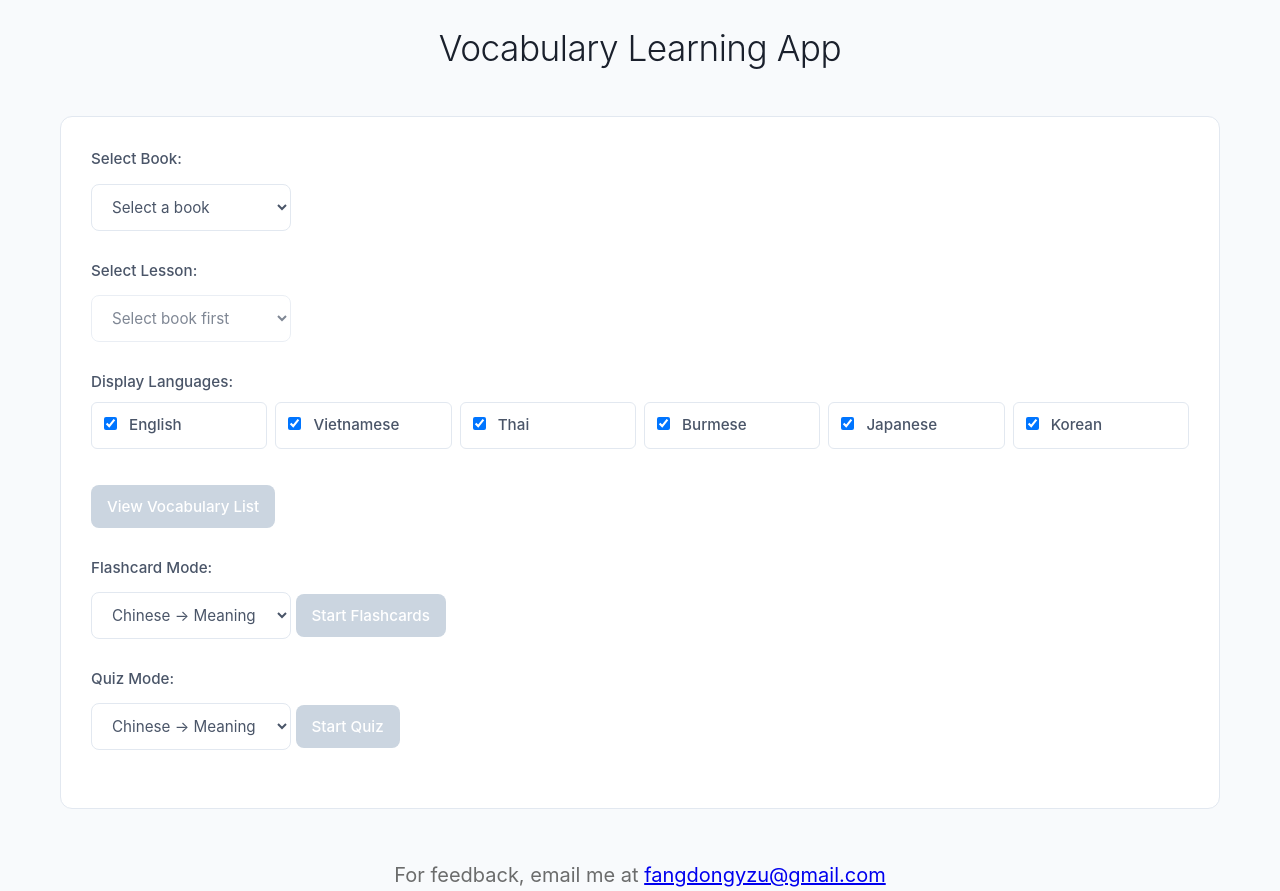
Repository: fangdongyzu/dangdaiflashcards
Page: index.html
An editor plug-in stored every save of this project. The page is shown before and after the next save, followed by the edit.
The browser window is 1280 px wide. The pictures show the whole page.

Above is the page before, as saved 2025-11-28 10:05:34.

### index.html
<!DOCTYPE html>
<html lang="en">
<head>
    <meta charset="UTF-8">
    <meta name="viewport" content="width=device-width, initial-scale=1.0">
    <title>Dang Dai Vocabulary Learning App</title>
    <link rel="stylesheet" href="style.css">
</head>
<body>
    <div class="container">
        <header>
            <h1>Vocabulary Learning App</h1>
        </header>

        <div id="control-panel">
            <!-- Book and Lesson Selection -->
            <div class="control-group">
                <label for="book-select">Select Book:</label>
                <select id="book-select">
                    <option value="">Select a book</option>
                    <option value="B1">Book 1</option>
                    <option value="B2">Book 2</option>
                    <option value="B3">Book 3</option>
                    <option value="B4">Book 4</option>
                    <option value="B5">Book 5</option>
                    <option value="B6">Book 6</option>
                </select>
            </div>

            <div class="control-group">
                <label for="lesson-select">Select Lesson:</label>
                <select id="lesson-select" disabled>
                    <option value="">Select book first</option>
                </select>
            </div>

            <!-- Language Selection -->
            <div class="control-group">
                <label>Display Languages:</label>
                <div class="language-selection">
                    <label class="checkbox-label">
                        <input type="checkbox" name="language" value="english" checked> English
                    </label>
                    <label class="checkbox-label">
                        <input type="checkbox" name="language" value="vietnamese" checked> Vietnamese
                    </label>
                    <label class="checkbox-label">
                        <input type="checkbox" name="language" value="thai" checked> Thai
                    </label>
                    <label class="checkbox-label">
                        <input type="checkbox" name="language" value="burmese" checked> Burmese
                    </label>
                    <label class="checkbox-label">
                        <input type="checkbox" name="language" value="japanese" checked> Japanese
                    </label>
                    <label class="checkbox-label">
                        <input type="checkbox" name="language" value="korean" checked> Korean
                    </label>
                </div>
            </div>

            <!-- Study Controls -->
            <div class="control-group">
                <button id="view-list-btn" disabled>View Vocabulary List</button>
            </div>

            <div class="control-group">
                <label for="flashcard-mode">Flashcard Mode:</label>
                <select id="flashcard-mode">
                    <option value="chinese-meaning">Chinese → Meaning</option>
                    <option value="meaning-chinese">Meaning → Chinese</option>
                    <option value="pinyin-chinese">Pinyin → Chinese</option>
                </select>
                <button id="start-flashcards-btn" disabled>Start Flashcards</button>
            </div>

            <div class="control-group">
                <label for="quiz-mode">Quiz Mode:</label>
                <select id="quiz-mode">
                    <option value="chinese-meaning">Chinese → Meaning</option>
                    <option value="meaning-chinese">Meaning → Chinese</option>
                    <option value="chinese-pinyin">Chinese → Pinyin</option>
                    <option value="pinyin-chinese">Pinyin → Chinese</option>
                </select>
                <button id="start-quiz-btn" disabled>Start Quiz</button>
            </div>
        </div>

        <!-- Study Area -->
        <div id="study-area" class="hidden">
            <!-- Vocabulary List View -->
            <div id="list-view" class="hidden">
                <div class="study-header">
                    <h2>Vocabulary List - Lesson <span id="current-lesson-display"></span></h2>
                    <button class="exit-btn">← Back to Controls</button>
                </div>
                <div class="table-container">
                    <table id="vocab-table">
                        <thead>
                            <tr>
                                <th>Chinese</th>
                                <th>Pinyin</th>
                                <th>Translations</th>
                            </tr>
                        </thead>
                        <tbody id="vocab-table-body"></tbody>
                    </table>
                </div>
            </div>

            <!-- Flashcard View -->
            <div id="flashcard-view" class="hidden">
                <div class="study-header">
                    <h2>Flashcards - Lesson <span id="fc-lesson-display"></span></h2>
                    <button class="exit-btn">← Back to Controls</button>
                </div>

                <div class="flashcard-container">
                    <div class="progress-bar">
                        <div id="flashcard-progress" class="progress-fill"></div>
                    </div>
                    <div class="progress-text" id="fc-progress">0/0</div>

                    <div id="flashcard" class="flashcard">
                        <div class="card-face card-front">
                            <div id="card-front-content"></div>
                        </div>
                        <div class="card-face card-back">
                            <div id="card-back-content"></div>
                        </div>
                    </div>

                    <div class="flashcard-controls">
                        <button id="prev-btn">Previous</button>
                        <button id="next-btn">Next</button>
                    </div>
                </div>
            </div>

            <!-- Quiz View -->
            <div id="quiz-view" class="hidden">
                <div class="study-header">
                    <h2>Quiz - Lesson <span id="quiz-lesson-display"></span></h2>
                    <button class="exit-btn">← Back to Controls</button>
                </div>

                <div class="quiz-container">
                    <div class="quiz-progress">
                        <div class="progress-bar">
                            <div id="quiz-progress" class="progress-fill"></div>
                        </div>
                    </div>

                    <div class="quiz-stats">
                        <div class="score">Score: <span id="quiz-score">0</span></div>
                    </div>

                    <div class="question-area">
                        <div id="quiz-question" class="question"></div>
                    </div>

                    <div id="quiz-options" class="options-grid"></div>

                    <div id="quiz-feedback" class="feedback"></div>

                    <button id="next-question-btn" class="hidden">Next Question</button>

                    <div id="quiz-result" class="result hidden">
                        <h3>Quiz Complete!</h3>
                        <div id="final-score" class="final-score"></div>
                        <button id="retry-quiz-btn">Try Again</button>
                    </div>
                </div>
            </div>
        </div>
    </div>

    <script src="script.js"></script>
</body>
<footer style="text-align: center; color: rgb(107, 108, 108);font-size: 1.25em;">
    For feedback, email me at <a href="mailto:fangdongyzu@gmail.com">fangdongyzu@gmail.com</a>
</footer>
</html>

### style.css
* {
    margin: 0;
    padding: 0;
    box-sizing: border-box;
}

body {
    font-family: -apple-system, BlinkMacSystemFont, 'Segoe UI', Roboto, Oxygen, Ubuntu, Cantarell, sans-serif;
    line-height: 1.6;
    color: #2d3748;
    background: #f8fafc;
    min-height: 100vh;
}

.container {
    max-width: 1200px;
    margin: 0 auto;
    padding: 20px;
}

header {
    text-align: center;
    margin-bottom: 40px;
}

header h1 {
    color: #1a202c;
    font-size: 2.2rem;
    font-weight: 300;
    letter-spacing: -0.5px;
}

/* Control Panel */
#control-panel {
    background: white;
    border-radius: 12px;
    padding: 30px;
    margin-bottom: 30px;
    border: 1px solid #e2e8f0;
}

.control-group {
    margin-bottom: 24px;
}

.control-group label {
    display: block;
    margin-bottom: 8px;
    font-weight: 500;
    color: #4a5568;
    font-size: 0.95rem;
}

select, button {
    padding: 12px 16px;
    border: 1px solid #e2e8f0;
    border-radius: 8px;
    font-size: 0.95rem;
    margin: 4px 0;
    transition: all 0.2s ease;
    font-family: inherit;
}

select {
    background: white;
    min-width: 200px;
    color: #4a5568;
}

button {
    background: #4f46e5;
    color: white;
    border: none;
    cursor: pointer;
    font-weight: 500;
}

button:hover:not(:disabled) {
    background: #4338ca;
    transform: translateY(-1px);
}

button:disabled {
    background: #cbd5e0;
    cursor: not-allowed;
    transform: none;
}

/* Language Selection */
.language-selection {
    display: grid;
    grid-template-columns: repeat(auto-fit, minmax(140px, 1fr));
    gap: 8px;
    margin-top: 8px;
}

.checkbox-label {
    display: flex;
    align-items: center;
    padding: 10px 12px;
    background: white;
    border-radius: 6px;
    border: 1px solid #e2e8f0;
    cursor: pointer;
    transition: all 0.2s ease;
    font-size: 0.9rem;
}

.checkbox-label:hover {
    border-color: #4f46e5;
    background: #f8faff;
}

.checkbox-label input {
    margin-right: 8px;
}

/* Study Area */
#study-area {
    background: white;
    border-radius: 12px;
    padding: 30px;
    border: 1px solid #e2e8f0;
}

.study-header {
    display: flex;
    justify-content: space-between;
    align-items: center;
    margin-bottom: 30px;
    padding-bottom: 20px;
    border-bottom: 1px solid #e2e8f0;
}

.study-header h2 {
    color: #2d3748;
    flex: 1;
    font-weight: 400;
    font-size: 1.4rem;
}

.exit-btn {
    background: #718096;
}

.exit-btn:hover {
    background: #4a5568;
}

/* Hidden utility */
.hidden {
    display: none !important;
}

/* Vocabulary List */
.table-container {
    overflow-x: auto;
}

#vocab-table {
    width: 100%;
    border-collapse: collapse;
    background: white;
}

#vocab-table th {
    background: #f7fafc;
    color: #4a5568;
    padding: 16px;
    text-align: left;
    font-weight: 600;
    font-size: 0.9rem;
    border-bottom: 1px solid #e2e8f0;
}

#vocab-table td {
    padding: 16px;
    border-bottom: 1px solid #f1f5f9;
}

#vocab-table tr:hover {
    background: #f8fafc;
}

.chinese-cell {
    font-family: 'Microsoft YaHei', 'SimHei', sans-serif;
}

/* Flashcards */
.flashcard-container {
    max-width: 480px;
    margin: 0 auto;
    text-align: center;
}

.progress-bar {
    width: 100%;
    height: 4px;
    background: #e2e8f0;
    border-radius: 2px;
    margin-bottom: 12px;
    overflow: hidden;
}

.progress-fill {
    height: 100%;
    background: #10b981;
    transition: width 0.3s ease;
}

.progress-text {
    margin-bottom: 30px;
    color: #718096;
    font-weight: 500;
    font-size: 0.9rem;
}

.flashcard {
    width: 100%;
    height: 280px;
    perspective: 1000px;
    margin: 0 auto 30px;
    cursor: pointer;
}

.card-face {
    position: absolute;
    width: 100%;
    height: 100%;
    backface-visibility: hidden;
    border-radius: 12px;
    padding: 30px;
    display: flex;
    align-items: center;
    justify-content: center;
    border: 1px solid #e2e8f0;
    transition: transform 0.5s ease;
}

.card-front {
    background: white;
    color: #2d3748;
    transform: rotateX(0deg);
}

.card-back {
    background: white;
    color: #2d3748;
    transform: rotateX(180deg);
    border-color: #4f46e5;
}

.flashcard.flipped .card-front {
    transform: rotateX(180deg);
}

.flashcard.flipped .card-back {
    transform: rotateX(0deg);
}

.chinese-text {
    font-size: 2.5rem;
    font-weight: 600;
    font-family: 'Microsoft YaHei', 'SimHei', sans-serif;
}

.pinyin-text {
    font-size: 1.6rem;
    color: #718096;
    margin-bottom: 20px;
    font-weight: 400;
}

.meaning-grid {
    display: grid;
    grid-template-columns: 1fr;
    gap: 8px;
    text-align: left;
    width: 100%;
}

.meaning-item {
    padding: 8px 12px;
    background: #f8fafc;
    border-radius: 6px;
    border-left: 2px solid #4f46e5;
    font-size: 0.9rem;
}

.meaning-label {
    font-weight: 600;
    color: #4f46e5;
    margin-right: 6px;
    font-size: 0.85rem;
}

.flashcard-controls {
    display: flex;
    justify-content: center;
    gap: 12px;
}

/* Quiz */
.quiz-container {
    max-width: 700px;
    margin: 0 auto;
    position: relative;
}

.quiz-progress {
    margin-bottom: 20px;
}

.quiz-stats {
    text-align: center;
    margin-bottom: 30px;
}

.score {
    font-size: 1.1rem;
    font-weight: 600;
    color: #4f46e5;
}

.question {
    font-size: 1.8rem;
    text-align: center;
    margin-bottom: 30px;
    padding: 24px;
    background: #f8fafc;
    border-radius: 8px;
    border-left: 3px solid #4f46e5;
}

.options-grid {
    display: grid;
    grid-template-columns: repeat(auto-fit, minmax(280px, 1fr));
    gap: 12px;
    margin-bottom: 20px;
}

.quiz-option {
    padding: 18px;
    background: white;
    border: 1px solid #e2e8f0;
    border-radius: 8px;
    cursor: pointer;
    transition: all 0.2s ease;
    text-align: center;
}

.quiz-option:hover {
    border-color: #4f46e5;
    transform: translateY(-1px);
}

.quiz-option.correct {
    background: #f0fdf4;
    border-color: #10b981;
    color: #065f46;
}

.quiz-option.incorrect {
    background: #fef2f2;
    border-color: #ef4444;
    color: #7f1d1d;
}

.feedback {
    min-height: 40px;
    margin-bottom: 20px;
}

/* Next Question Button */
#next-question-btn {
    display: block;
    margin-left: auto;
    margin-right: 0;
    min-width: 140px;
}

.result {
    text-align: center;
    padding: 40px 20px;
}

.final-score {
    font-size: 2.5rem;
    font-weight: 300;
    color: #4f46e5;
    margin: 20px 0;
    letter-spacing: -1px;
}

/* Responsive */
@media (max-width: 768px) {
    .container {
        padding: 16px;
    }

    header {
        margin-bottom: 30px;
    }

    header h1 {
        font-size: 1.8rem;
    }

    #control-panel, #study-area {
        padding: 24px;
    }

    .control-group {
        margin-bottom: 20px;
    }

    .language-selection {
        grid-template-columns: 1fr 1fr;
    }

    .chinese-text {
        font-size: 2rem;
    }

    .pinyin-text {
        font-size: 1.3rem;
    }

    .flashcard {
        height: 240px;
    }

    .options-grid {
        grid-template-columns: 1fr;
    }

    .study-header {
        flex-direction: column;
        gap: 16px;
        text-align: center;
    }

    #next-question-btn {
        margin: 0 auto;
        width: 100%;
    }

    .question {
        font-size: 1.5rem;
        padding: 20px;
    }
}

Loaded but not shown: script.js (643 lines, source omitted)

After the next save:
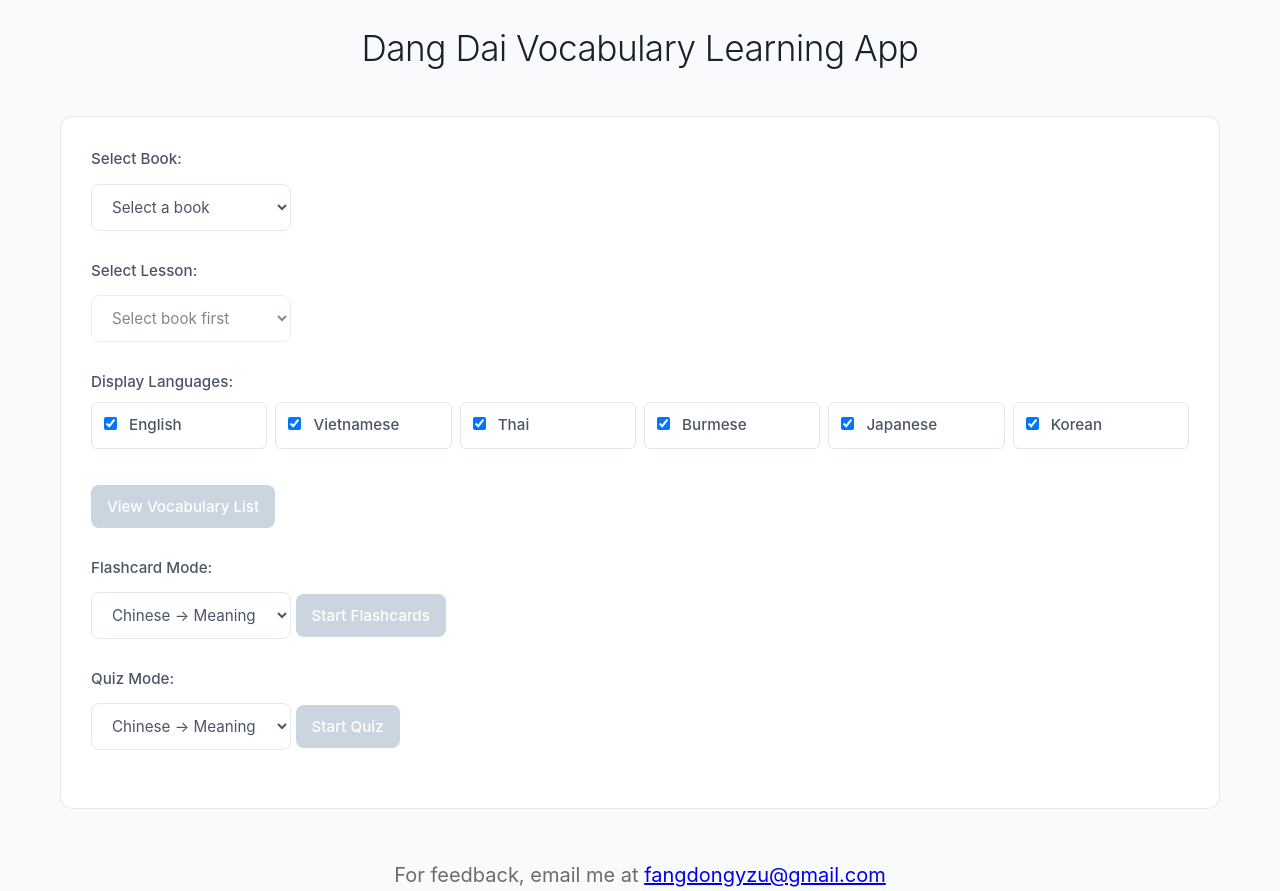
Saved 19 s later.
--- a/index.html
+++ b/index.html
@@ -9,7 +9,7 @@
 <body>
     <div class="container">
         <header>
-            <h1>Vocabulary Learning App</h1>
+            <h1>Dang Dai Vocabulary Learning App</h1>
         </header>
 
         <div id="control-panel">
